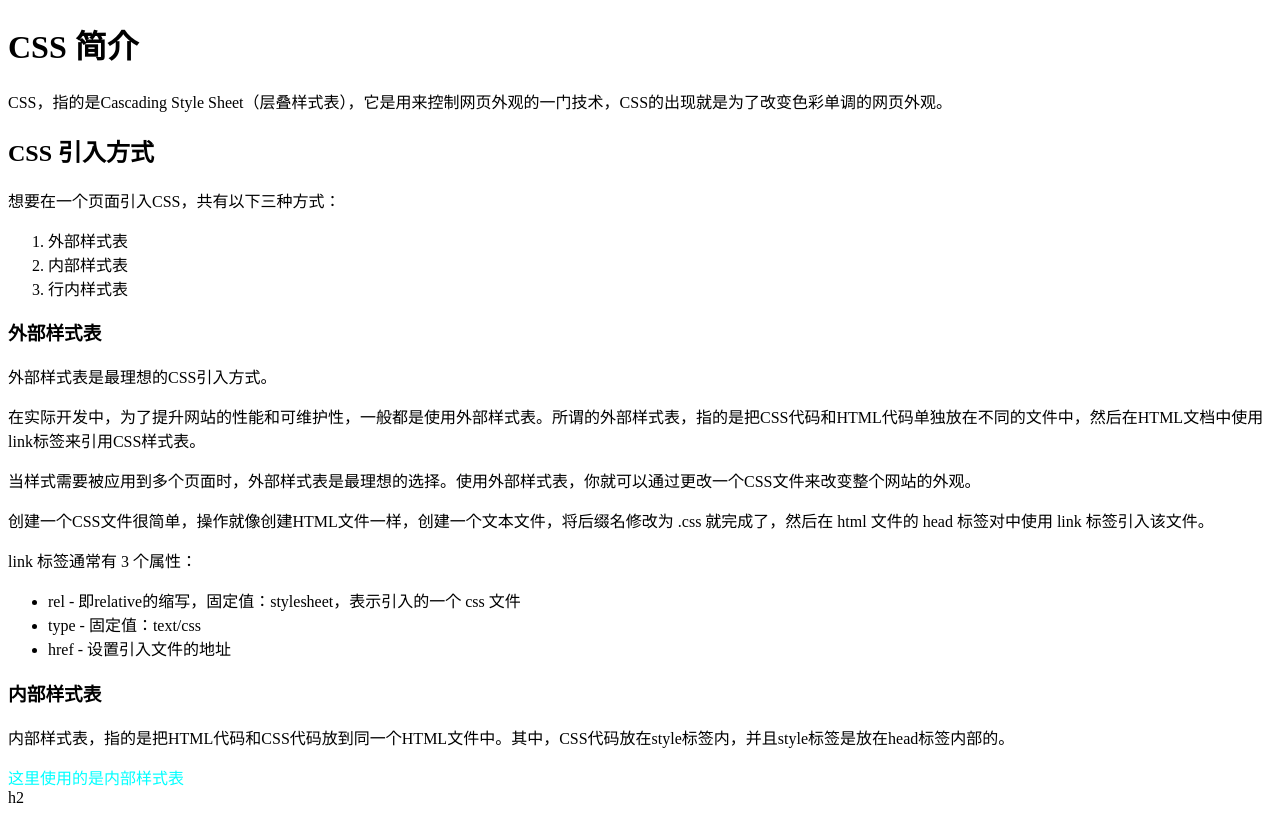
Repository: liang-n/front-end-basics
Page: 11-CSS简介.html
An editor plug-in stored every save of this project. The page is shown before and after the next save, followed by the edit.
The browser window is 1280 px wide. The pictures show the whole page.

Above is the page before, as saved 2022-05-15 22:49:54.

### 11-CSS简介.html
<!DOCTYPE html>

<head>
    <meta charset="UTF-8">
    <title>11-CSS简介</title>

    <!--link 标签引用外部 css 文件示例-->
    <link rel="stylesheet" type="text/css" href="css/11-css.css">

    <!--style 标签示例-->
    <style type="text/css">
        div {
            color: aqua
        }
    </style>
</head>

<body>
    <h1>CSS 简介</h1>

    <p>CSS，指的是Cascading Style Sheet（层叠样式表），它是用来控制网页外观的一门技术，CSS的出现就是为了改变色彩单调的网页外观。</p>

    <h2>CSS 引入方式</h2>

    <p>想要在一个页面引入CSS，共有以下三种方式：</p>
    <ol>
        <li>外部样式表</li>
        <li>内部样式表</li>
        <li>行内样式表</li>
    </ol>

    <h3>外部样式表</h3>

    <p>外部样式表是最理想的CSS引入方式。</p>
    <p>在实际开发中，为了提升网站的性能和可维护性，一般都是使用外部样式表。所谓的外部样式表，指的是把CSS代码和HTML代码单独放在不同的文件中，然后在HTML文档中使用link标签来引用CSS样式表。</p>
    <p>当样式需要被应用到多个页面时，外部样式表是最理想的选择。使用外部样式表，你就可以通过更改一个CSS文件来改变整个网站的外观。</p>
    <p>创建一个CSS文件很简单，操作就像创建HTML文件一样，创建一个文本文件，将后缀名修改为 .css 就完成了，然后在 html 文件的 head 标签对中使用 link 标签引入该文件。</p>
    <p>link 标签通常有 3 个属性：</p>
    <ul>
        <li>rel - 即relative的缩写，固定值：stylesheet，表示引入的一个 css 文件</li>
        <li>type - 固定值：text/css</li>
        <li>href - 设置引入文件的地址</li>
    </ul>
    <!--link 标签引用文件的示例在 head 标签中-->

    <h3>内部样式表</h3>

    <p>内部样式表，指的是把HTML代码和CSS代码放到同一个HTML文件中。其中，CSS代码放在style标签内，并且style标签是放在head标签内部的。</p>
    <!--style 标签的示例在 head 标签中-->
    <div>这里使用的是内部样式表</div>

    h2
</body>

</html>

Loaded but not shown: css/11-css.css (no stored copy; drawn as an empty file)

After the next save:
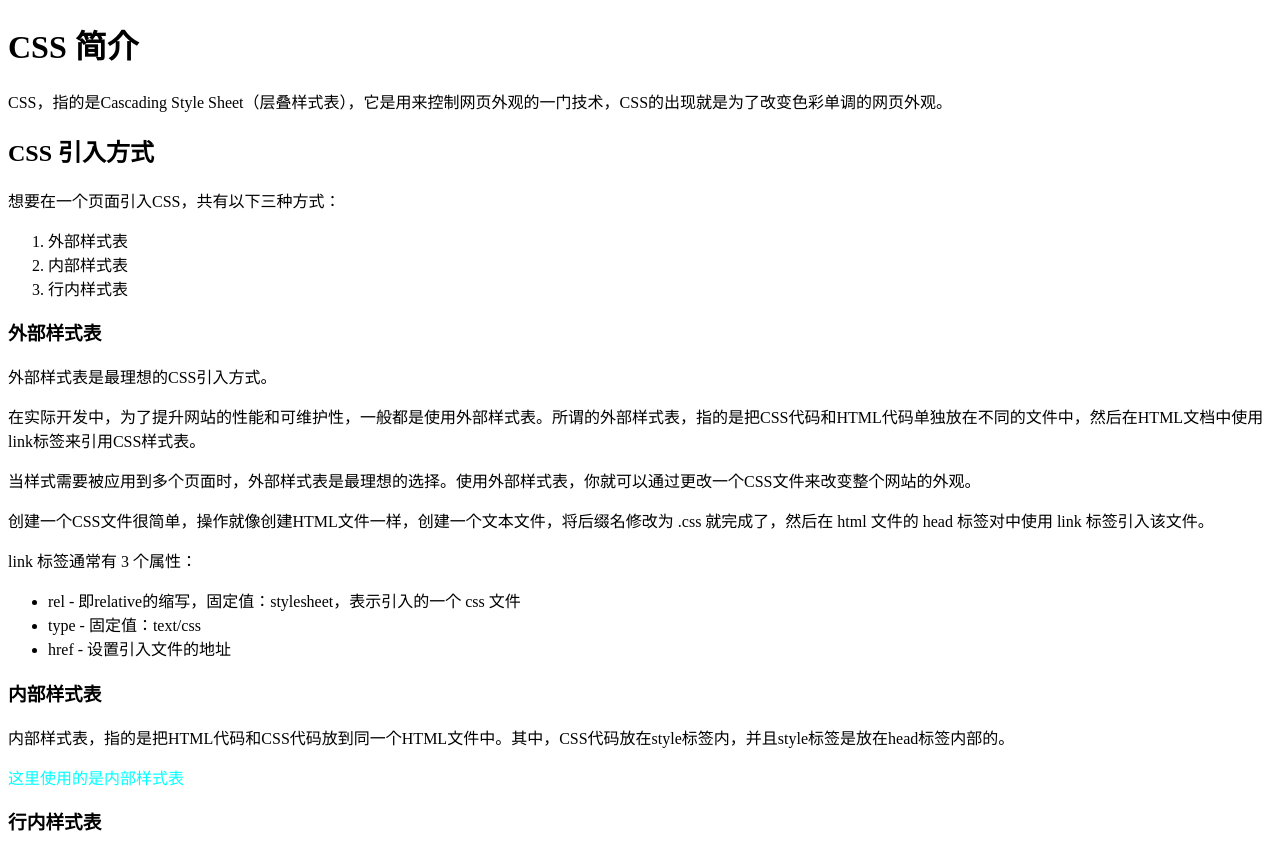
Saved 12 s later.
--- a/11-CSS简介.html
+++ b/11-CSS简介.html
@@ -49,7 +49,9 @@
     <!--style 标签的示例在 head 标签中-->
     <div>这里使用的是内部样式表</div>
 
-    h2
+    <h3>行内样式表</h3>
+
+
 </body>
 
 </html>
